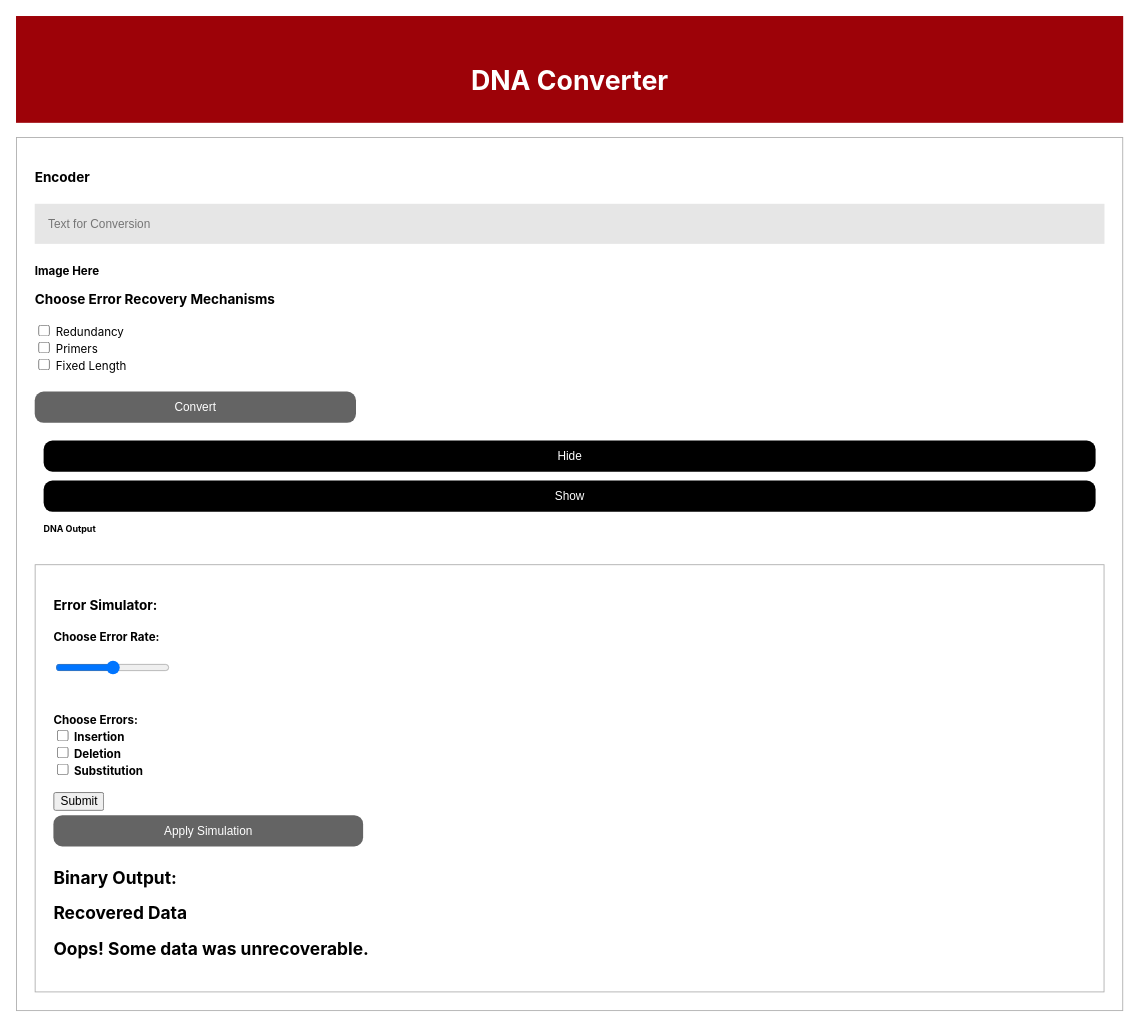
Repository: komalharjani/MSc-Thesis-DNA-Storage
Page: index.html
These files come from the project's save history. The page is drawn as it stood at one moment and after a run of saves; the edit follows.
The browser window is 1280 px wide. The pictures show the whole page, at 89% of full size.

Above is the page before, as saved 2020-08-16 22:31:43.

### index.html
<!DOCTYPE html>
<html lang="en">

<head>
    <link href="index.css" rel="stylesheet">
    <meta charset="UTF-8">
    <meta name="viewport" content="width=device-width, initial-scale=1.0">
    <title>Document</title>
    <script src="https://ajax.googleapis.com/ajax/libs/jquery/3.5.1/jquery.min.js"></script>
</head>

<body>
    <div id="LoginPage">
        <div class="header"><br>
            <h2> DNA Converter </h2>
        </div><br>

        <div class="loginContainer">
            <h3>Encoder</h3>
            <input type="text" placeholder="Text for Conversion" id="textToConvert" required class="input">
            <label for="text"><b>Image Here</b></label>
            <h3>Choose Error Recovery Mechanisms</h3>
            <form>
                <input type="checkbox" id="vehicle1" name="vehicle1" value="Bike">
                <label for="vehicle1"> Redundancy </label><br>
                <input type="checkbox" id="vehicle2" name="vehicle2" value="Car">
                <label for="vehicle2"> Primers </label><br>
                <input type="checkbox" id="vehicle3" name="vehicle3" value="Boat">
                <label for="vehicle3"> Fixed Length</label><br><br>
            </form>
            <button onclick="onSubmit()" id="submit">Convert</button><br>

            <div class="row">
                <div class="column">
                    <button class="button" id="hide">Hide</button>
                <button class="button" id="show">Show</button>
                  <h2>DNA Output</h2>
                  <p id="dnaOutput"></p>
            </div>

            <script>
                $(document).ready(function(){
                  $("#hide").click(function(){
                    $("p").hide();
                  });
                  $("#show").click(function(){
                    $("p").show();
                  });
                });
                </script>

        </div><br>
        <div class="loginContainer">
            <h3>Error Simulator:</h3>
            <h4>Choose Error Rate:</h4>
            <input type="range" name="rangeInput" min="0" max="10" onchange="updateTextInput(this.value);">
            <input type="number" id="textInput" value="" class="range" max="10"><br>
            <h4>Choose Errors:</h4<br>
                <form>
                    <input type="checkbox" id="vehicle1" name="vehicle1" value="Bike">
                    <label for="vehicle1"> Insertion </label><br>
                    <input type="checkbox" id="vehicle2" name="vehicle2" value="Car">
                    <label for="vehicle2"> Deletion </label><br>
                    <input type="checkbox" id="vehicle3" name="vehicle3" value="Boat">
                    <label for="vehicle3"> Substitution </label><br><br>
                    <input type="submit" value="Submit">
                </form>
                <button onclick="" id="error">Apply Simulation</button><br>
                <!--Take Error Rate from On Submit-->
                <h2>Binary Output:</h2>
                <h2>Recovered Data</h2>
                <h2>Oops! Some data was unrecoverable. </h2>
        </div>
    </div>

</body>
<script src="index.js"></script>

</html>

### index.css
body {
    background-color:white;
    resize: both;
    overflow: auto;
}

.labelText {
  width: 100%;
  padding: 15px;
  margin: 5px 0 22px 0;
  display: inline-block;
  border: none;
  background: #cacaca;
}

.search {
  width: 30%;
  padding: 15px;
  margin: 5px 0 22px 0;
  display: inline-block;
  border: none;
  background: #e6e6e6;
}

.runBtn {
  background-color: #000000;
  border: 1px solid #ffffff;
  color: rgb(255, 255, 255);
  padding: 14px 20px;
  margin-top: 5px;
  margin-bottom: 5px;
  margin-right: 2px;
  margin-left: 0;
  border: none;
  cursor: pointer;
  width: 100%;
  opacity: 0.9;
  font-size: 15px;
}

#map{
  height: 400px;
  width: 100%;
}

#profile {
  border-radius: 50%;
}

.profile {
    padding: 10px;
    text-align: center;
    height: auto;
}

/* Full-width input fields */
.input {
  width: 100%;
  padding: 15px;
  margin: 5px 0 22px 0;
  display: inline-block;
  border: none;
  background: #e6e6e6;
}

.range {
  margin: 5px 0 22px 0;
  display: inline-block;
  border: none;
  text-align: right;
}

li {
  width: 100%;
  padding: 15px;
  margin: 5px 0 22px 0;
  display: inline-block;
  border: none;
  background: #cacaca;
}

ul {
  padding: 0;
}


/* Add a background color when the inputs get focus */
input[type=text]:focus, input[type=password]:focus {
  background-color: rgb(184, 184, 184);
  outline: none;
}

/* button {
  background-color: #000000;
  color: rgb(255, 255, 255);
  padding: 14px 20px;
  margin: 8px;
  border: none;
  cursor: pointer;
  width: 30%;
  opacity: 0.9;
  border-radius: 20px;
} */

.loginContainer {
  width: 100%;
  float: center;
  padding: 20px;
  border: 0.5px solid #afafaf;
  height: auto;

}

.row:after {
  content: "";
  display: table;
  clear: both;
}

.column {
  float: left;
  width: 100%;
  padding: 10px;
  height: auto;
  font-size: 5pt;
  word-break:break-all;
}

/* Set a style for all buttons */
.button {
  background-color: #000000;
  color: rgb(255, 255, 255);
  padding: 10px;
  width: 100%;
  border: none;
  border-radius: 10px;
}

button {
  background-color: rgb(100, 100, 100);
  color: rgb(255, 255, 255);
  padding: 10px;
  width: 30%;
  margin-top: 5px;
  margin-bottom: 5px;
  margin-right: 2px;
  margin-left: 0;
  border: none;
  border-radius: 10px;
}

button:hover {
  opacity: 0.8;
}

/* Extra styles for the cancel button */
.cancelbtn {
  padding: 14px 20px;
  background-color: whitesmoke;
}

/* Float cancel and signup buttons and add an equal width */
.cancelbtn, .signupbtn {
  float: right;
  width: 100%;
}


/* Style the horizontal ruler */
hr {
  border: 1px solid #f1f1f1;
  margin-bottom: 25px;
}

/* Change styles for cancel button and signup button on extra small screens */
@media screen and (max-width: 300px) {
  .cancelbtn, .signupbtn {
     width: 100%;
  }
}
/* OLD BELOW!!!!! */

* {
    box-sizing: border-box;
  }

  /* Add a gray background color with some padding */
  body {
    font-family: -apple-system, BlinkMacSystemFont, 'Segoe UI', Roboto, Oxygen, Ubuntu, Cantarell, 'Open Sans', 'Helvetica Neue', sans-serif;
    padding: 10px;
    background: #ffffff;
    font-size: 13px;
  }
  table {
    font-family: arial, sans-serif;
    border-collapse: collapse;
    width: 100%;
  }

  td, th {
    border: 1px solid #dddddd;
    text-align: left;
    padding: 8px;
  }

  tr:nth-child(even) {
    background-color: #dddddd;
  }
  /* Header Title */
  .header {
    padding: 5px;
    font-size: 20px;
    text-align: center;
    background: #9d0208;
    color: white;
  }

  .login {
    width:300px;
    height:500px;
    position: fixed;
    top: 50%;
    left: 50%;
    margin-top: -125px;
    margin-left: -150px;
  }

  /* Split Screen into Columns */

  .rightcolumn {
    float: right;
    width: 50%;
    padding: 10px;
  }

  .leftcolumn {
    float: left;
    width: 20%;
    padding: 10px;
    background-color: rgb(255, 255, 255);
  }

  .left {
    float: right;
    width: 50%;
    background-color: rgb(255, 255, 255);
  }

  .right {
    float: right;
    width: 50%;
    background-color: rgb(255, 255, 255);
  }

  .centercolumn {
    float: left;
    width: 80%;
    padding: 10px;
    background-color: rgb(255, 255, 255);
  }

  .title {
    color: grey;
    font-size: 18px;
  }

  .rightcolumn {
    float: left;
    width: 30%;
    padding: 10px;
    background-color: rgb(255, 255, 255);
  }

  .box {
    background-color: rgb(255, 255, 255);
    width: 100%;
    padding: 15px;
  }


  .card {
     background-color: whitesmoke;
     padding: 15px;
  }

  .row:after {
    content: "";
    display: table;
    clear: both;
  }

  /* Footer */
  .footer {
    padding: 20px;
    text-align: center;
    background: #ddd;
    margin-top: 20px;
  }

  /* Responsive layout - when the screen is less than 800px wide, make the two columns stack on top of each other instead of next to each other */
  @media screen and (max-width: 800px) {
    .leftcolumn, .rightcolumn {
      width: 100%;
      padding: 0;
    }
  }

  tr:nth-child(even) {
    background-color: #3b37377c;
  }

  button:hover {
    opacity:1;
  }

  /* Extra styles for the cancel button */
  .cancelbtn {
    padding: 14px 20px;
    background-color: #000000;
  }

  /* Float cancel and signup buttons and add an equal width */
  .cancelbtn, .signupbtn {
    float: right;
    width: 100%;
  }

  .containerForm {
    width: 50%;
    float: left;
    padding: 10px;
    background-color: rgb(255, 255, 255);
  }

  /* Add padding to container elements */
  .container {
    width: 100%;
    float: left;
    padding: 10px;
    background-color: rgb(255, 255, 255);
  }

  #result {
    color: red;
  }

  .submitComment {
    background-color: white;
    color: black;
    border: 1px solid #888;
    width: 100%;
    float: right;
  }

  .submitComment :hover {
    background-color: rgb(138, 138, 138);
  }

  .readMore {
    background-color: rgb(216, 216, 216);;
    color: black;
    width: 40%;
    margin: 5px;
  }

  .logoutBtn {
    color: white;
    background-color: #9d0208 ;
    border: 1px solid rgb(255, 255, 255);
    margin: 10px;
  }

  .logoutBtn:hover {
    opacity: 0.7;
  }

  .register {
    color: black;
    background-color: white ;
    border: 1px solid rgb(255, 255, 255);
    margin: 10px;
    opacity: 0.8;
  }

  .register:hover {
    opacity: 1;
  }

  .runPostsStyle {
    background-color: rgb(255, 255, 255);
    padding: 20px;
    border-radius: 10px;
    margin-top: 20px;
    width: 100%;
    overflow: hidden;
    border: 1px solid rgb(0, 0, 0);
    columns: 2;
  }



  .commentPost {
    background-color: whitesmoke;
    padding: 20px;
    border-radius: 10px;
    margin-top: 20px;
    width: 100%;
    overflow: hidden;
  }

  .mapStyle {
    background-color: rgb(94, 0, 0);
    border-radius: 10px;
    width: 40%;
    height: 100px;
    border:solid black;
  }

  /* The Modal (background) */
  .modal {
    display: none; /* Hidden by default */
    position: fixed; /* Stay in place */
    left: 0;
    top: 0;
    width: 100%; /* Full width */
    height: 100%; /* Full height */
    overflow: auto; /* Enable scroll if needed */
    background-color:rgb(255, 255, 255);
    padding: 20px;
  }

  /* Modal Content/Box */
  .modal-content {
    background-color: #ffffff;
    margin: 5% auto 15% auto; /* 5% from the top, 15% from the bottom and centered */
    border: 1px solid #888;
    width: 80%; /* Could be more or less, depending on screen size */
  }

  .postTitle {
    font-size: 20px;
    font-weight: bold;
    color: #9d0208;
  }

  .dateDisplay {
    font-size: 20px;
    font-weight: bold;
  }

  .toFrom {
    font-size: 14px;
    font-weight: bold;
  }

  /* Style the horizontal ruler */
  hr {
    border: 1px solid #f1f1f1;
    margin-bottom: 25px;
  }

  /* The Close Button (x) */
  .close {
    position: absolute;
    right: 35px;
    top: 15px;
    font-size: 40px;
    font-weight: bold;
    color: #000000;
  }

  .close:hover,
  .close:focus {
    color: #ff8484;
    cursor: pointer;
  }

  /* Clear floats */
  .clearfix::after {
    content: "";
    clear: both;
    display: table;
  }

  /* Change styles for cancel button and signup button on extra small screens */
  @media screen and (max-width: 300px) {
    .cancelbtn, .signupbtn {
       width: 100%;
    }
  }

  .dropbtn {
    background-color: #E6E6E6;
    color: rgb(85, 85, 85);
    padding: 16px;
    font-size: 16px;
    border: none;
    width: 100px;
    cursor: pointer;
  }

  .dropbtn:hover, .dropbtn:focus {
    background-color: rgb(187, 187, 187);
  }

  .dropdown {
    position: relative;
    display: inline-block;
  }

  .dropdown-content {
    display: none;
    position: absolute;
    background-color: #f1f1f1;
    min-width: 160px;
    overflow: auto;
    box-shadow: 0px 8px 16px 0px rgba(0,0,0,0.2);
    z-index: 1;
  }

  .dropdown-content a {
    color: black;
    padding: 12px 16px;
    text-decoration: none;
    display: block;
  }

  .dropdown a:hover {background-color: #ddd;}

  .show {display: block;}

Loaded but not shown: index.js (370 lines, source omitted)

After the next 3 saves:
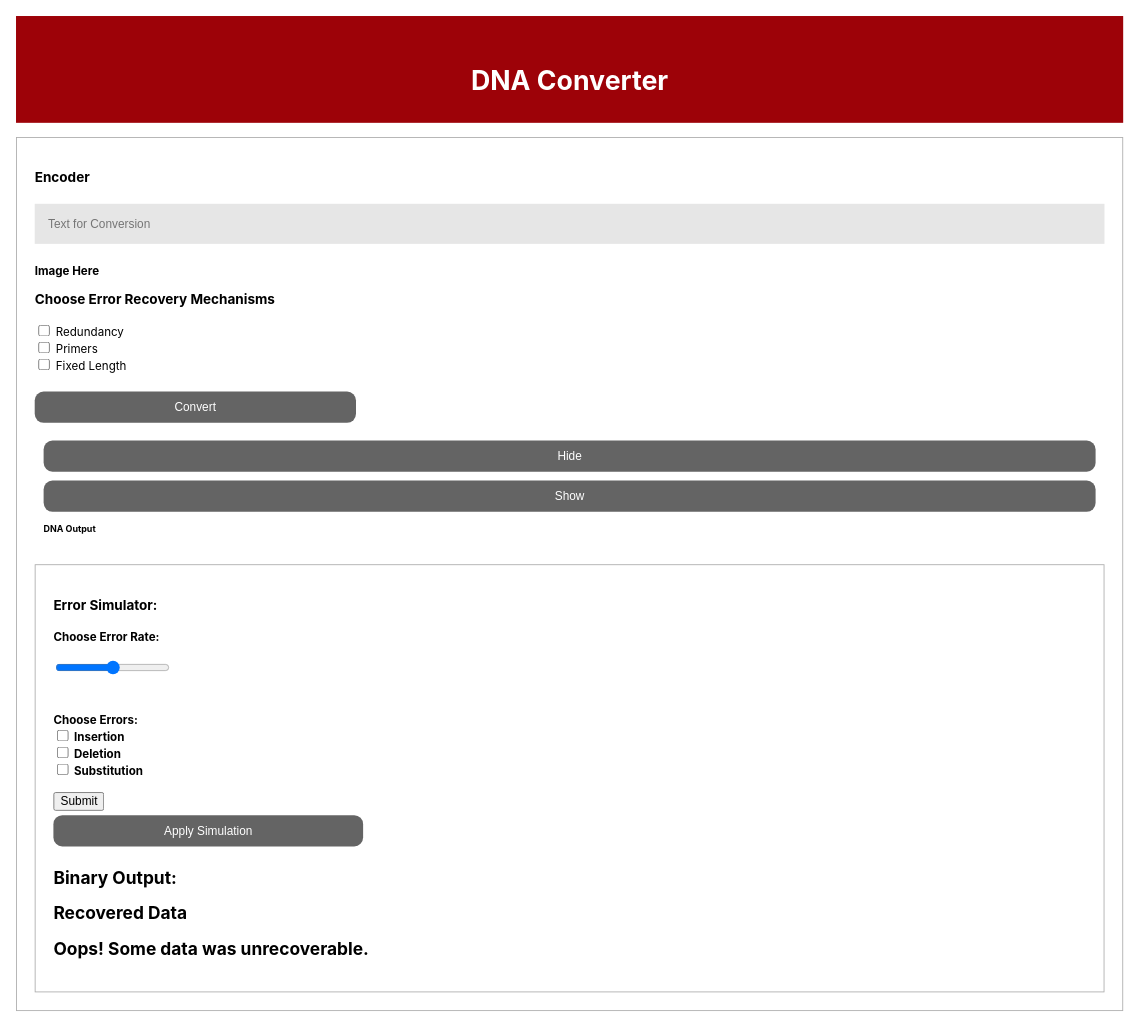
The 3 saves are shown as one change because they came seconds apart.
The last was saved 22 s later.
--- a/index.css
+++ b/index.css
@@ -128,7 +128,6 @@ input[type=text]:focus, input[type=password]:focus {
 
 /* Set a style for all buttons */
 .button {
-  background-color: #000000;
   color: rgb(255, 255, 255);
   padding: 10px;
   width: 100%;
